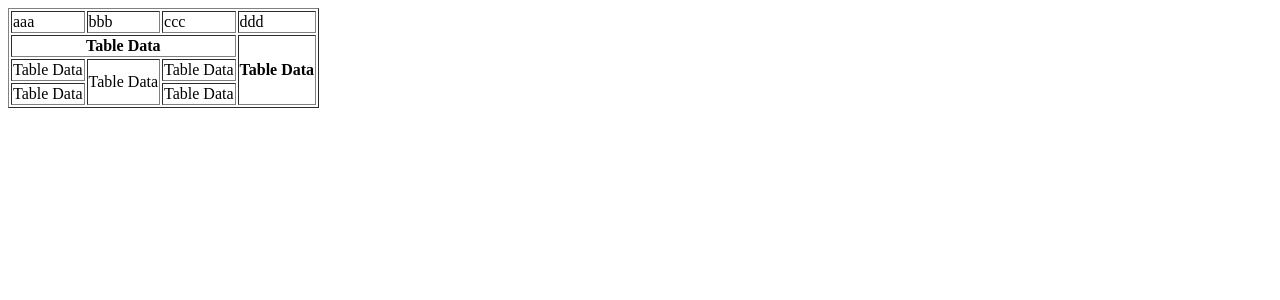
Repository: soso1525/bitcamp
Page: workspace/java-web/src/main/webapp/ch2/2-19.html
The author's editor kept a copy of each file at every save. The page is drawn from the files as they stood at one save, then again after the next save.
The browser window is 1280 px wide. The pictures show the whole page.

Above is the page before, as saved 2017-12-12 05:47:37.

### workspace/java-web/src/main/webapp/ch2/2-19.html
<!DOCTYPE html>
<html>
<head>
<title>HTML5 Basic</title>
</head>
<body>
	<table border="1">
		<tr>
			<td>aaa</td>
			<td>bbb</td>
			<td>ccc</td>
			<td>ddd</td>
		</tr>
		<tr>
			<th colspan="3">Table Data</th>
			<th rowspan="3">Table Data</th>
		</tr>
		<tr>
			<td>Table Data</td>
			<td rowspan="2">Table Data</td>
			<td>Table Data</td>
		</tr>
		<tr>
			<td>Table Data</td>
			<td>Table Data</td>
		</tr>
	</table>
</body>
</html>

After the next save:
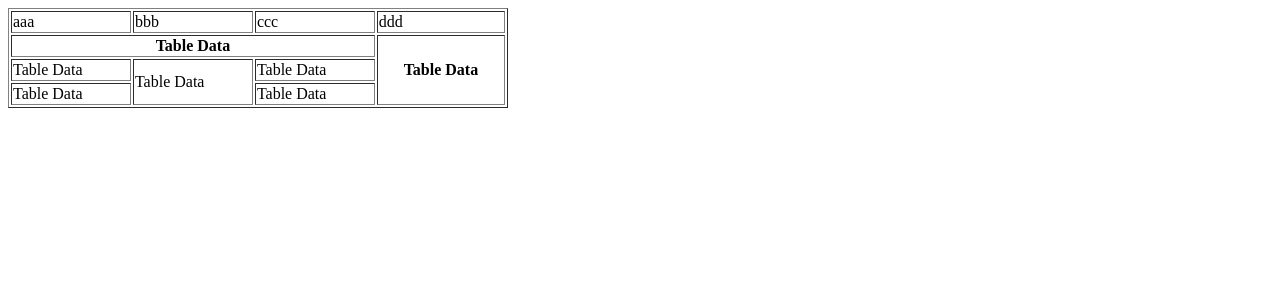
Saved 64 s later.
--- a/workspace/java-web/src/main/webapp/ch2/2-19.html
+++ b/workspace/java-web/src/main/webapp/ch2/2-19.html
@@ -4,7 +4,7 @@
 <title>HTML5 Basic</title>
 </head>
 <body>
-	<table border="1">
+	<table border="1" width="500">
 		<tr>
 			<td>aaa</td>
 			<td>bbb</td>

After the save that followed:
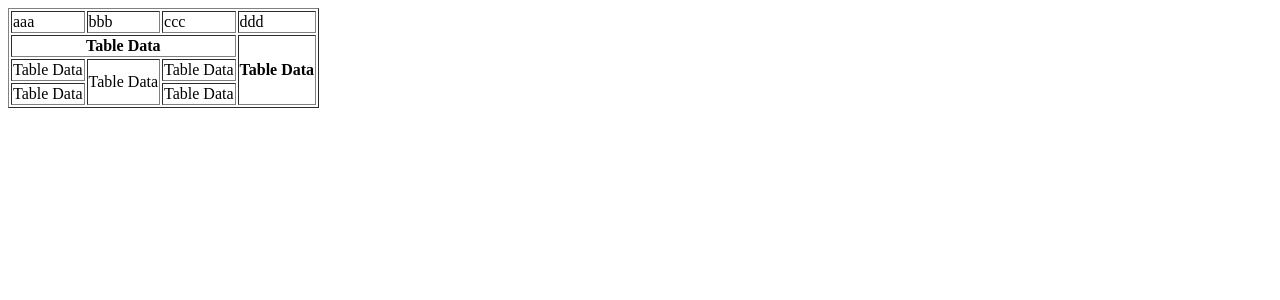
Saved 2 min 0 s later.
--- a/workspace/java-web/src/main/webapp/ch2/2-19.html
+++ b/workspace/java-web/src/main/webapp/ch2/2-19.html
@@ -4,7 +4,7 @@
 <title>HTML5 Basic</title>
 </head>
 <body>
-	<table border="1" width="500">
+	<table border="1" width="">
 		<tr>
 			<td>aaa</td>
 			<td>bbb</td>
